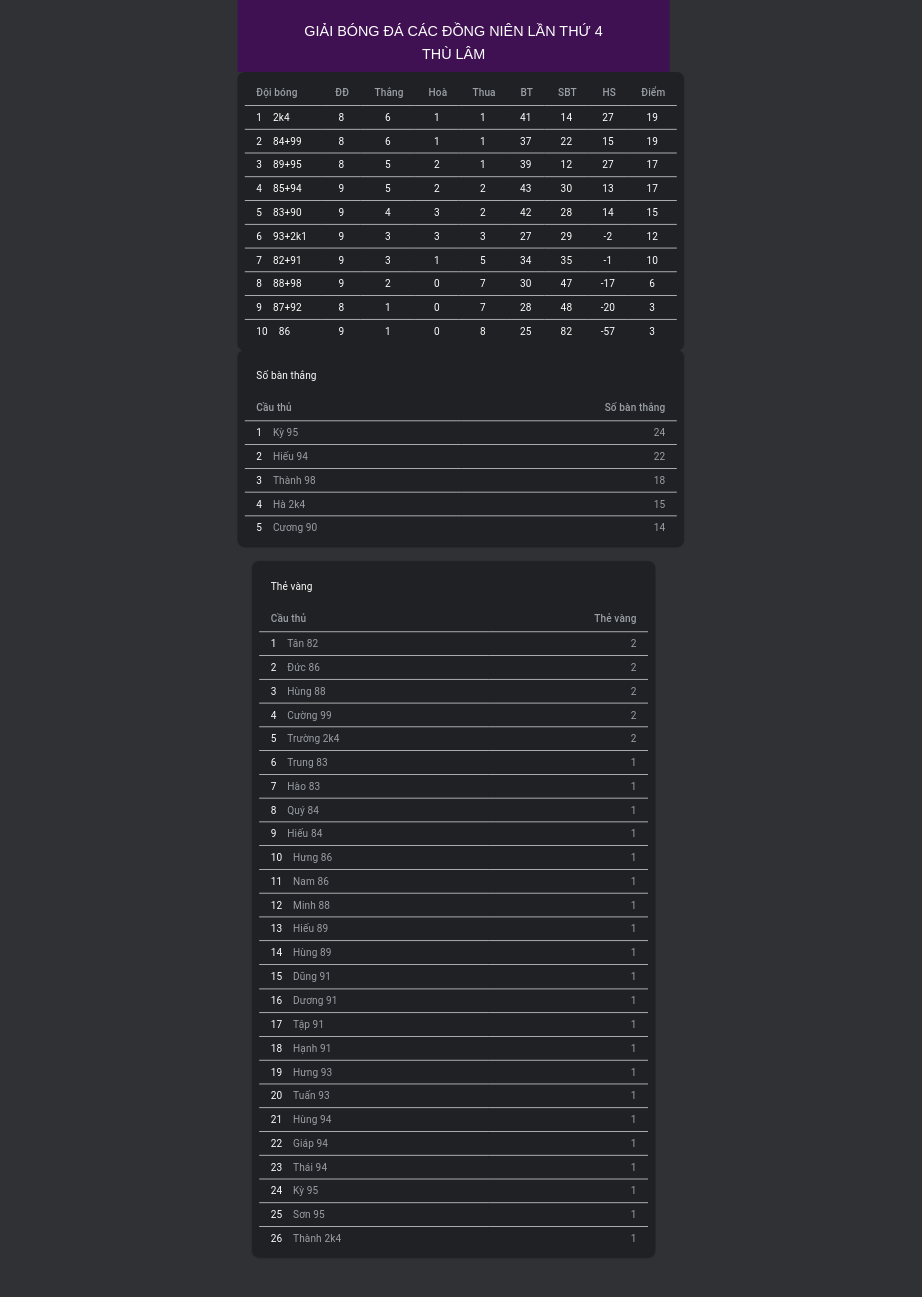
Repository: tuan842001/thulam
Page: /
An editor plug-in stored every save of this project. The page is shown before and after the next save, followed by the edit.
The browser window is 1280 px wide. The pictures show the whole page, at 72% of full size.
The project was rebuilt for these pictures with package versions that can differ from the ones it lists, and the page was loaded fresh each time.

Above is the page before, as saved 2022-01-11 16:11:55.

### public/index.html
<!DOCTYPE html>
<html lang="en">
  <head>
    <meta charset="utf-8" />
    <link rel="icon" href="%PUBLIC_URL%/favicon.ico" />
    <meta name="viewport" content="width=device-width, initial-scale=1" />
    <meta name="theme-color" content="#000000" />
    <meta
      name="description"
      content="Web site created using create-react-app"
    />

    <link href="https://cdn.jsdelivr.net/npm/bootstrap@5.1.3/dist/css/bootstrap.min.css" rel="stylesheet" integrity="sha384-1BmE4kWBq78iYhFldvKuhfTAU6auU8tT94WrHftjDbrCEXSU1oBoqyl2QvZ6jIW3" crossorigin="anonymous">
<script src="https://cdn.jsdelivr.net/npm/bootstrap@5.1.3/dist/js/bootstrap.bundle.min.js" integrity="sha384-ka7Sk0Gln4gmtz2MlQnikT1wXgYsOg+OMhuP+IlRH9sENBO0LRn5q+8nbTov4+1p" crossorigin="anonymous"></script>
    <title>GIẢI BÓNG ĐÁ CÁC ĐỒNG NIÊN THÙ LÂM</title>
  </head>
  <body>
    <noscript>You need to enable JavaScript to run this app.</noscript>
    <div id="root"></div>

  </body>
</html>

### src/App.js
import "./App.css";
import { Header } from "./components/header/Header";
import Card from "./pages/card/Card";
import Statistical from "./pages/statistical/Statistical";
import UserList from "./pages/userList/UserList";

function App() {
  return (
    <div className="App" style={{ height: "102%" }}>
      <Header />
      <UserList />
      <Statistical />
      <Card />
    </div>
  );
}

export default App;

### src/App.css
body {
  margin: 0;
  font-family: 'Montserrat', sans-serif;
  background-color: #303134;
  display: flex;
  justify-content: center;
}

* {
  margin: 0;
}

@media screen and (max-width: 480px) {
  body {
    justify-content: normal;
  }

  .TableSX {
    min-width: 500px !important;
  }

  .TableContainer {
    width: 560px !important;
    margin: 20px !important;
  }
}

### src/components/header/Header.jsx
import * as React from "react";
import "./header.css";

export const Header = () => {
  return (
    <div className="header">
      <h4>GIẢI BÓNG ĐÁ CÁC ĐỒNG NIÊN LẦN THỨ 4</h4>
      <h3>THÙ LÂM</h3>
    </div>
  );
};

### src/pages/card/Card.jsx
import * as React from "react";
import Table from "@mui/material/Table";
import TableBody from "@mui/material/TableBody";
import TableCell from "@mui/material/TableCell";
import TableContainer from "@mui/material/TableContainer";
import TableHead from "@mui/material/TableHead";
import TableRow from "@mui/material/TableRow";
import Paper from "@mui/material/Paper";

function createData(order, name, goal) {
  return {
    order,
    name,
    goal,
  };
}

const rows = [
  createData(1, "Tân 82", 2),
  createData(2, "Đức 86", 2),
  createData(3, "Hùng 88", 2),
  createData(4, "Cường 99", 2),
  createData(5, "Trường 2k4", 2),
  createData(6, "Trung 83", 1),
  createData(7, "Hào 83", 1),
  createData(8, "Quý 84", 1),
  createData(9, "Hiếu 84", 1),
  createData(10, "Hưng 86", 1),
  createData(11, "Nam 86", 1),
  createData(12, "Minh 88", 1),
  createData(13, "Hiếu 89", 1),
  createData(14, "Hùng 89", 1),
  createData(15, "Dũng 91", 1),
  createData(16, "Dương 91", 1),
  createData(17, "Tập 91", 1),
  createData(18, "Hạnh 91", 1),
  createData(19, "Hưng 93", 1),
  createData(20, "Tuấn 93", 1),
  createData(21, "Hùng 94", 1),
  createData(22, "Giáp 94", 1),
  createData(23, "Thái 94", 1),
  createData(24, "Kỳ 95", 1),
  createData(25, "Sơn 95", 1),
  createData(26, "Thành 2k4", 1),
];

export default function Card() {
  return (
    <TableContainer
      component={Paper}
      style={{
        backgroundColor: "#202124",
        color: "#FFFF",
        margin: "20px",
        width: "560px",
        borderRadius: "10px",
        padding: "10px",
      }}
    >
      <TableCell style={{ color: "#FFFF", borderBottom: "none" }} align="right">
        Thẻ vàng
      </TableCell>
      <Table sx={{ minWidth: 500 }} size="small" aria-label="a dense table">
        <TableHead>
          <TableRow>
            <TableCell style={{ color: "#9aa0a6" }}>Cầu thủ</TableCell>
            <TableCell style={{ color: "#9aa0a6" }} align="right">
              Thẻ vàng
            </TableCell>
          </TableRow>
        </TableHead>
        <TableBody>
          {rows.map((row) => (
            <TableRow
              key={row.name}
              sx={{ "&:last-child td, &:last-child th": { border: 0 } }}
            >
              <TableCell
                component="th"
                scope="row"
                style={{ color: "#9aa0a6" }}
              >
                <span
                  style={{
                    color: "#fff",
                    marginRight: "15px",
                    textAlign: "center",
                  }}
                  align="center"
                >
                  {row.order}
                </span>
                {row.name}
              </TableCell>
              <TableCell style={{ color: "#9aa0a6" }} align="right">
                {row.goal}
              </TableCell>
            </TableRow>
          ))}
        </TableBody>
      </Table>
    </TableContainer>
  );
}

### src/pages/statistical/Statistical.jsx
import * as React from "react";
import Table from "@mui/material/Table";
import TableBody from "@mui/material/TableBody";
import TableCell from "@mui/material/TableCell";
import TableContainer from "@mui/material/TableContainer";
import TableHead from "@mui/material/TableHead";
import TableRow from "@mui/material/TableRow";
import Paper from "@mui/material/Paper";

function createData(order, name, goal) {
  return {
    order,
    name,
    goal,
  };
}

const rows = [
  createData(1, "Kỳ 95", 24),
  createData(2, "Hiếu 94", 22),
  createData(3, "Thành 98", 18),
  createData(4, "Hà 2k4", 15),
  createData(5, "Cương 90", 14),
];

export default function Statistical() {
  return (
    <TableContainer
      component={Paper}
      style={{
        backgroundColor: "#202124",
        color: "#FFFF",
        borderRadius: "10px",
        padding: "10px",
      }}
    >
      <TableCell style={{ color: "#FFFF", borderBottom: "none" }} align="right">
        Số bàn thắng
      </TableCell>
      <Table sx={{ minWidth: 500 }} size="small" aria-label="a dense table">
        <TableHead>
          <TableRow>
            <TableCell style={{ color: "#9aa0a6" }}>Cầu thủ</TableCell>
            <TableCell style={{ color: "#9aa0a6" }} align="right">
              Số bàn thắng
            </TableCell>
          </TableRow>
        </TableHead>
        <TableBody>
          {rows.map((row) => (
            <TableRow
              key={row.name}
              sx={{ "&:last-child td, &:last-child th": { border: 0 } }}
            >
              <TableCell
                component="th"
                scope="row"
                style={{ color: "#9aa0a6" }}
              >
                <span
                  style={{
                    color: "#FFFF",
                    marginRight: "15px",
                    textAlign: "center",
                  }}
                  align="center"
                >
                  {row.order}
                </span>
                {row.name}
              </TableCell>
              <TableCell style={{ color: "#9aa0a6" }} align="right">
                {row.goal}
              </TableCell>
            </TableRow>
          ))}
        </TableBody>
      </Table>
    </TableContainer>
  );
}

### src/pages/userList/UserList.jsx
import * as React from "react";
import Table from "@mui/material/Table";
import TableBody from "@mui/material/TableBody";
import TableCell from "@mui/material/TableCell";
import TableContainer from "@mui/material/TableContainer";
import TableHead from "@mui/material/TableHead";
import TableRow from "@mui/material/TableRow";
import Paper from "@mui/material/Paper";

function createData(
  order,
  name,
  fought,
  win,
  draw,
  lose,
  goal,
  goals,
  difference,
  protein
) {
  return {
    order,
    name,
    fought,
    win,
    draw,
    lose,
    goal,
    goals,
    difference,
    protein,
  };
}

const rows = [
  createData(1, "2k4", 8, 6, 1, 1, 41, 14, 27, 19),
  createData(2, "84+99", 8, 6, 1, 1, 37, 22, 15, 19),
  createData(3, "89+95", 8, 5, 2, 1, 39, 12, 27, 17),
  createData(4, "85+94", 9, 5, 2, 2, 43, 30, 13, 17),
  createData(5, "83+90", 9, 4, 3, 2, 42, 28, 14, 15),
  createData(6, "93+2k1", 9, 3, 3, 3, 27, 29, -2, 12),
  createData(7, "82+91", 9, 3, 1, 5, 34, 35, -1, 10),
  createData(8, "88+98", 9, 2, 0, 7, 30, 47, -17, 6),
  createData(9, "87+92", 8, 1, 0, 7, 28, 48, -20, 3),
  createData(10, "86", 9, 1, 0, 8, 25, 82, -57, 3),
];

export default function UserList() {
  return (
    <TableContainer
      component={Paper}
      style={{
        backgroundColor: "#202124",
        color: "#FFFF",
        borderRadius: "10px",
        padding: "10px",
      }}
      className="TableContainer"
    >
      <Table
        sx={{ minWidth: 600 }}
        size="small"
        aria-label="a dense table"
        className="TableSX"
      >
        <TableHead>
          <TableRow>
            <TableCell style={{ color: "#9aa0a6" }}>Đội bóng</TableCell>
            <TableCell style={{ color: "#9aa0a6" }} align="right">
              ĐĐ
            </TableCell>
            <TableCell style={{ color: "#9aa0a6" }} align="right">
              Thắng
            </TableCell>
            <TableCell style={{ color: "#9aa0a6" }} align="right">
              Hoà
            </TableCell>
            <TableCell style={{ color: "#9aa0a6" }} align="right">
              Thua
            </TableCell>
            <TableCell style={{ color: "#9aa0a6" }} align="right">
              BT
            </TableCell>
            <TableCell style={{ color: "#9aa0a6" }} align="right">
              SBT
            </TableCell>
            <TableCell style={{ color: "#9aa0a6" }} align="right">
              HS
            </TableCell>
            <TableCell style={{ color: "#9aa0a6" }} align="right">
              Điểm
            </TableCell>
          </TableRow>
        </TableHead>
        <TableBody>
          {rows.map((row) => (
            <TableRow
              key={row.name}
              sx={{ "&:last-child td, &:last-child th": { border: 0 } }}
            >
              <TableCell component="th" scope="row" style={{ color: "#FFFF" }}>
                <span
                  style={{
                    color: "#FFFF",
                    marginRight: "15px",
                    textAlign: "center",
                  }}
                  align="center"
                >
                  {row.order}
                </span>

                {row.name}
              </TableCell>
              <TableCell style={{ color: "#FFFF" }} align="center">
                {row.fought}
              </TableCell>
              <TableCell style={{ color: "#FFFF" }} align="center">
                {row.win}
              </TableCell>
              <TableCell style={{ color: "#FFFF" }} align="center">
                {row.draw}
              </TableCell>
              <TableCell style={{ color: "#FFFF" }} align="center">
                {row.lose}
              </TableCell>
              <TableCell style={{ color: "#FFFF" }} align="center">
                {row.goal}
              </TableCell>
              <TableCell style={{ color: "#FFFF" }} align="center">
                {row.goals}
              </TableCell>
              <TableCell style={{ color: "#FFFF" }} align="center">
                {row.difference}
              </TableCell>
              <TableCell style={{ color: "#FFFF" }} align="center">
                {row.protein}
              </TableCell>
            </TableRow>
          ))}
        </TableBody>
      </Table>
    </TableContainer>
  );
}

### src/components/header/header.css
.header {
    background: #3F1052;
    height: 100px;
    width: 600px;
    text-align: center;
    color: #fff;
    display: flex;
    align-content: center;
    flex-direction: column;
    justify-content: center;
    padding-top: 25px;
}

.header h4 {
    font-size: 20px;
}

.header h3 {
    font-size: 20px;
}

Loaded but not shown: src/index.js (common file)

After the next save:
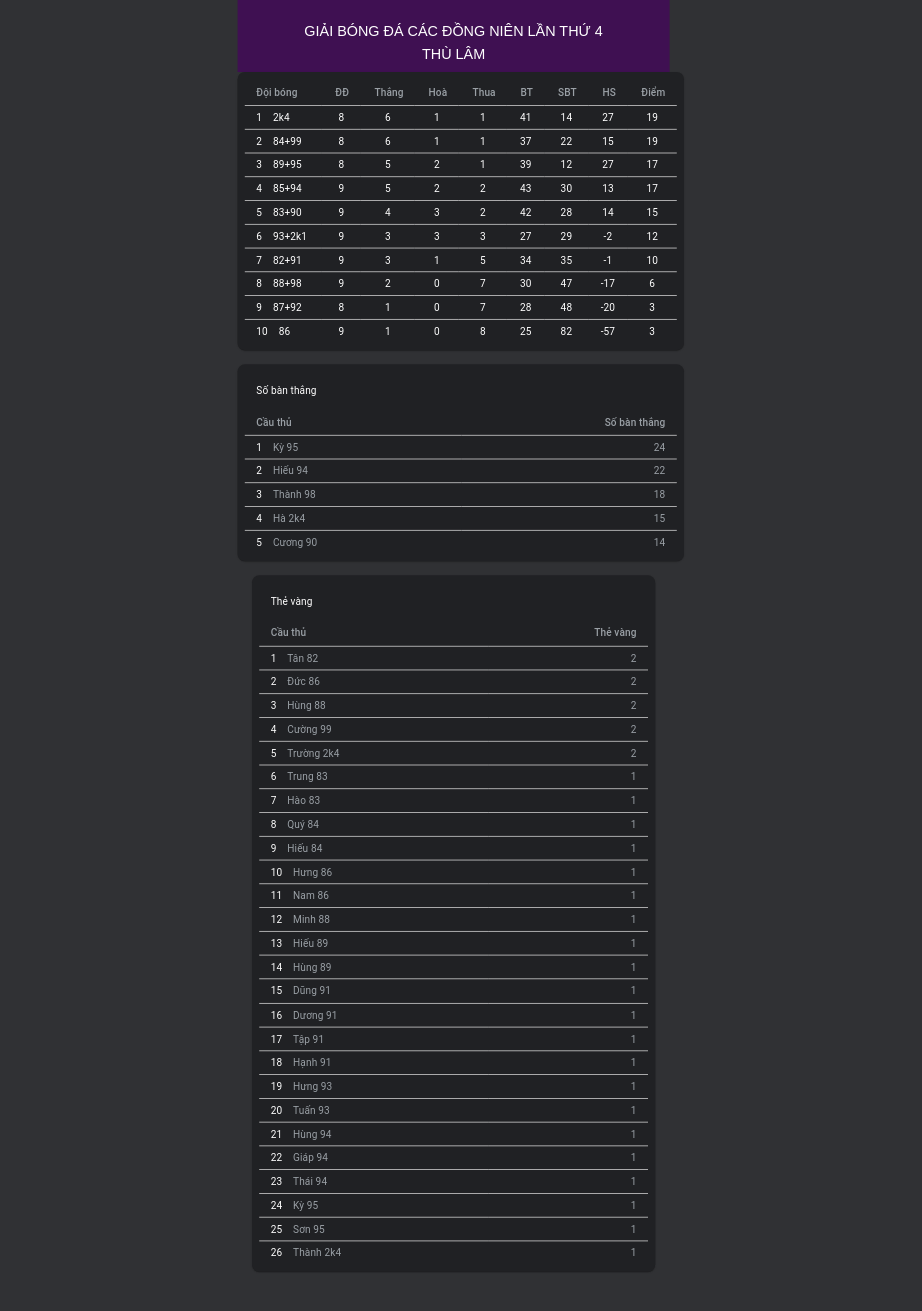
Saved 32 s later.
--- a/src/pages/statistical/Statistical.jsx
+++ b/src/pages/statistical/Statistical.jsx
@@ -32,6 +32,7 @@ export default function Statistical() {
         color: "#FFFF",
         borderRadius: "10px",
         padding: "10px",
+        marginTop: "20px",
       }}
     >
       <TableCell style={{ color: "#FFFF", borderBottom: "none" }} align="right">
